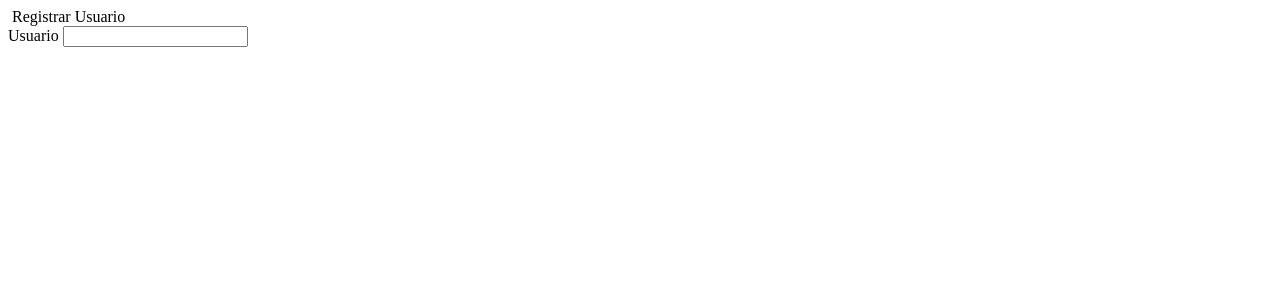
Repository: androla10/ProyectoCibert5to
Page: http://localhost/GDI/Admin/Admin.jsp
These files come from the project's save history. The page is drawn as it stood at one moment and after the next save; the edit follows.
The browser window is 1280 px wide. The pictures show the whole page.
The page is served by Tomcat 9. Nobody is signed in. The application's start-up code is not run.

Above is the page before, as saved 2016-04-22 18:32:57.

After the next save:
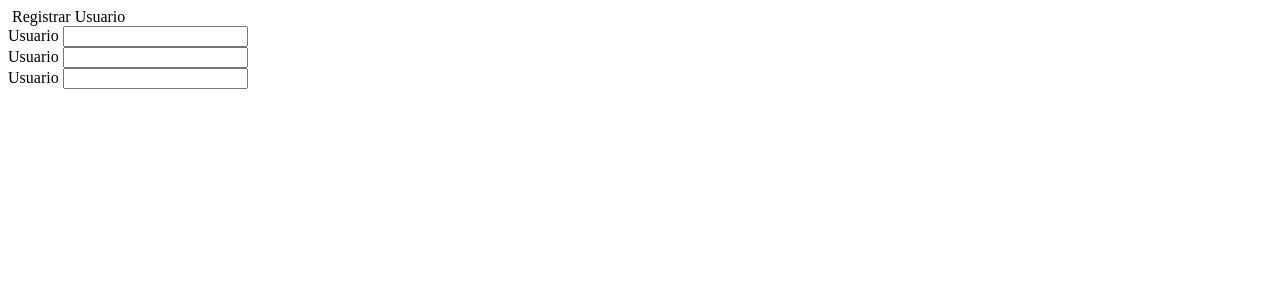
Saved 3 min 38 s later.
--- a/GDI/src/main/webapp/Admin/Admin.jsp
+++ b/GDI/src/main/webapp/Admin/Admin.jsp
@@ -11,6 +11,14 @@
 						<label for="Usuario">Usuario</label>
 						<input class="form-control" name="Usuario" id="Usuario"/>
 					</div>
+					<div class="form-group">
+						<label for="Usuario">Usuario</label>
+						<input class="form-control" name="Usuario" id="Usuario"/>
+					</div>
+					<div class="form-group">
+						<label for="Usuario">Usuario</label>
+						<input class="form-control" name="Usuario" id="Usuario"/>
+					</div>
 				</div>
 				<div class="col-xs-12 col-sm-12 col-sm-6 col-lg-6">
 
